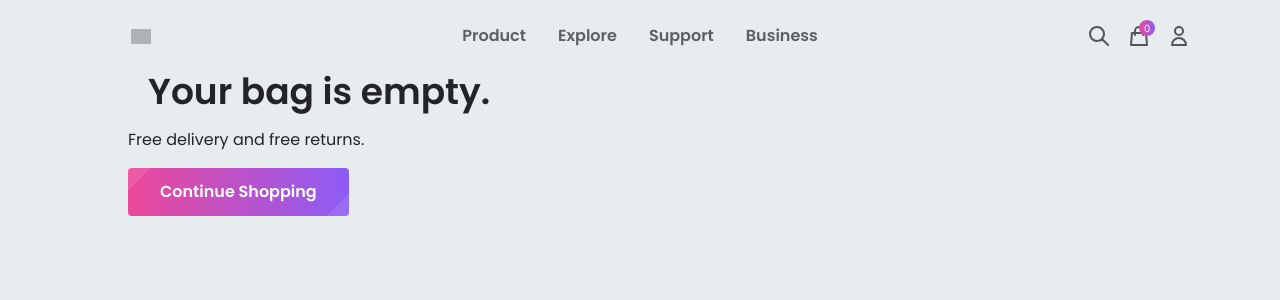
Repository: aliamini1422/semiAppleSite
Page: /checkout
An editor plug-in stored every save of this project. The page is shown before and after the next save, followed by the edit.
The browser window is 1280 px wide. The pictures show the whole page.
Pictures or frames that could not be fetched are drawn as grey boxes. The page's requests for data from a server got no answer. The project was rebuilt for these pictures with package versions that can differ from the ones it lists, and the page was loaded fresh each time. The framework's server and built-in components were replaced by stand-ins that run in the browser. No one was signed in, and anything a server would have sent is missing. Also part of the build but not shown: next.config.js, sanity.js, components/CheckoutProduct.tsx.

Above is the page before, as saved 2022-09-05 02:24:59.

After the next save:
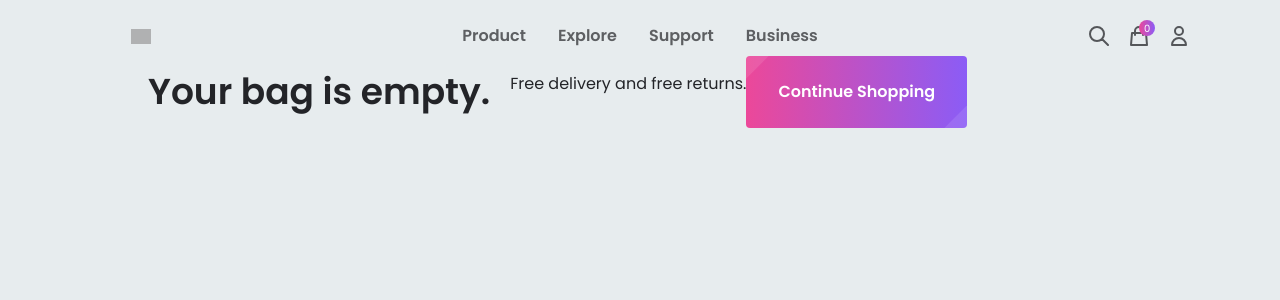
Saved 2 min 21 s later.
--- a/pages/checkout.tsx
+++ b/pages/checkout.tsx
@@ -26,7 +26,7 @@ function checkout() {
   return (
     <div className='min-h-screen overflow-hidden bg-[#E7ECEE]'>
         <Header />
-        <main className='mx-auto max-w-5xl pb-24'>
+        <main className='mx-auto max-w-5xl pb-24 flex'>
             <div className='px-5 '>
                 <h1 className='my-4 text-3xl font-semibold lg:text-4xl'>{items.length > 0 ? "Review your bag" : "Your bag is empty."}</h1>
             </div>
